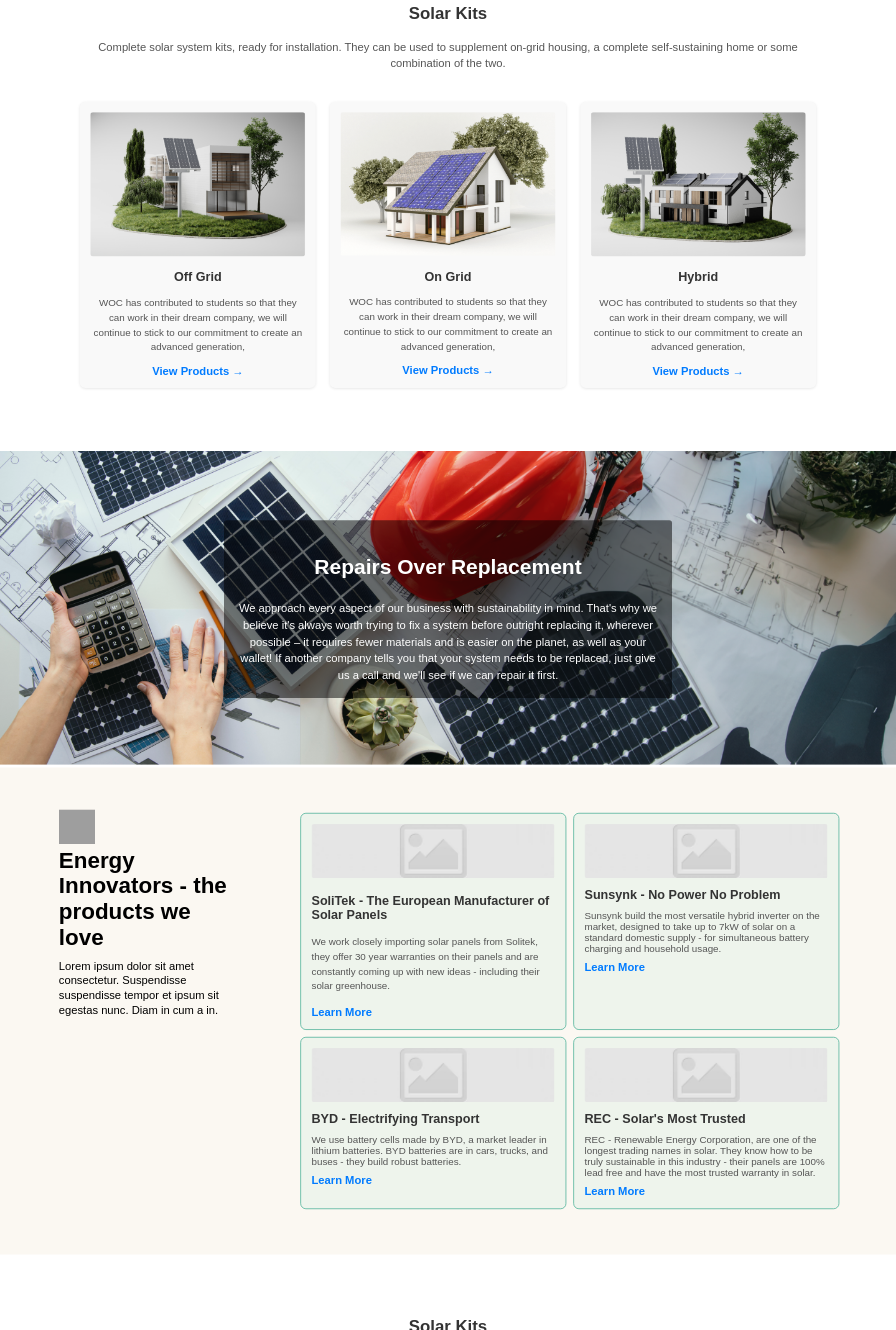
Repository: MaramNabil872/Landing-Page
Page: landingPage.html
The author's editor kept a copy of each file at every save. The page is drawn from the files as they stood at one save, then again after the next save.
The browser window is 1280 px wide. The pictures show the part of the page from y = 1966 to 3866 px (the page is 4511 px tall before and 4361 px after), at 70% of full size.
Pictures or frames that could not be fetched are drawn as grey boxes. A picture or video elsewhere on the page could not be fetched, so the positions and the page height are approximate.

Above is the page before, as saved 2024-10-21 18:12:53.

After the next save:
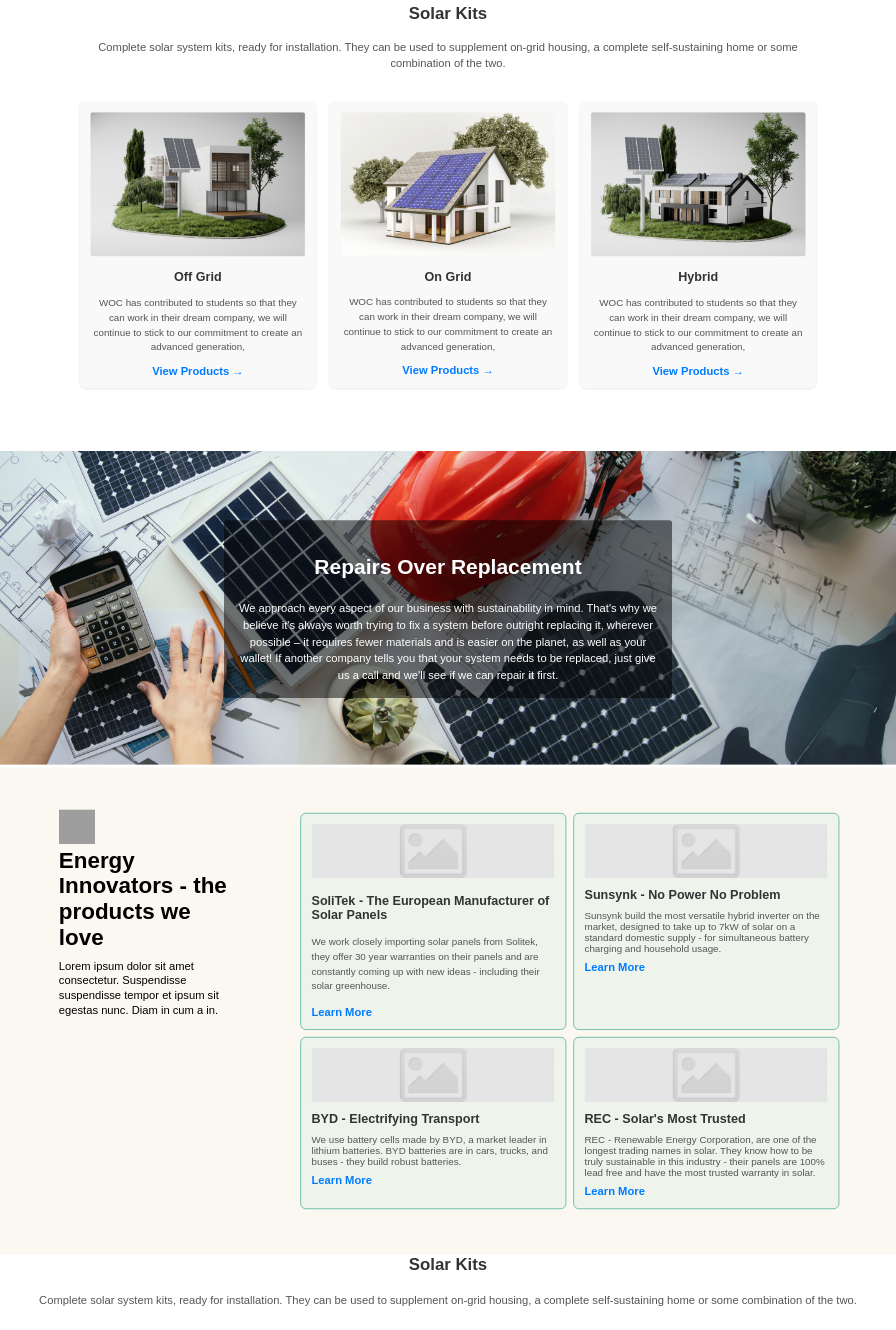
Saved 97 s later.
--- a/landingPage.html
+++ b/landingPage.html
@@ -262,7 +262,7 @@
 
     <!-- fifth section -->
 
-    <div class="white-container">
+    <div class="white-container5">
         <h2 class="title">Solar Kits</h2>
         <p class="text">
             Complete solar system kits, ready for installation. They can be
